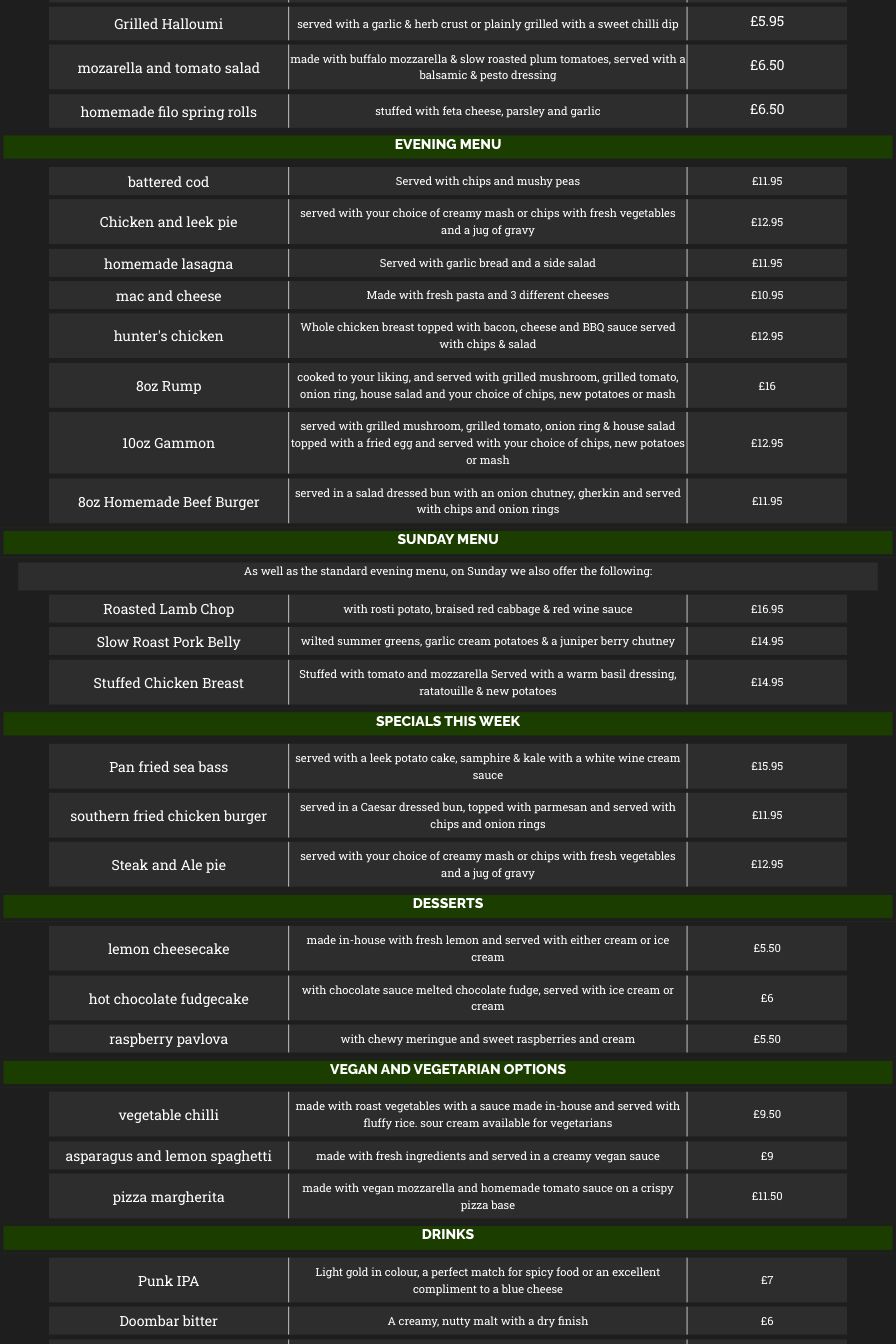
Repository: Code-Institute-Submissions/JamesLStudent-Milestone_One
Page: menu.html
The author's editor kept a record of every edit. The page is drawn from the files as they stood at one moment, then again after the next edit.
The browser window is 1280 px wide. The pictures show the part of the page from y = 732 to 2652 px (the page is 3289 px tall before and 3297 px after), at 70% of full size.

Above is the page before.
Console error: TypeError: Cannot read properties of undefined (reading 'fn')

### menu.html
<!DOCTYPE html>
<html lang="en">

<head>
    <meta charset="UTF-8">
    <meta name="viewport" content="width=device-width, initial-scale=1.0">
    <meta http-equiv="X-UA-Compatible" content="ie=edge">
    <title>Old Inn - Menu</title>
    <link href="Assets/main.css" rel="stylesheet" type="text/css" />
    <link rel="stylesheet" href="https://stackpath.bootstrapcdn.com/bootstrap/4.3.1/css/bootstrap.min.css" integrity="sha384-ggOyR0iXCbMQv3Xipma34MD+dH/1fQ784/j6cY/iJTQUOhcWr7x9JvoRxT2MZw1T" crossorigin="anonymous">
    <script src="https://stackpath.bootstrapcdn.com/bootstrap/4.3.1/js/bootstrap.min.js" integrity="sha384-JjSmVgyd0p3pXB1rRibZUAYoIIy6OrQ6VrjIEaFf/nJGzIxFDsf4x0xIM+B07jRM" crossorigin="anonymous"></script>
</head>

<body class="bg">
    <div class="menu-h1-background">
        <h1>Menu</h1>
    </div>

    <div class="dropdown-vis">
        <input id="check01" type="checkbox" name="menu" />
        <label class="black-text navigation-menu title-font" for="check01"><h5>MORE INFO:</h5></label>
        <ul class="submenu">
            <li>
                <a href="index.html">
                    <div class="col-6 col-md-12 col-lg-3 navigation-item black-text">
                        <h5>home</h5>
                    </div>
                </a>
                <a href="events.html">
                    <div class="col-6 col-md-12 col-lg-3 navigation-item black-text">
                        <h5>events</h5>
                    </div>
                </a>
                <a href="contacts.html">
                    <div class="col-12 col-md-12 col-lg-3 navigation-item black-text">
                        <h5>contact us</h5>
                    </div>
                </a>
                <a href="produce.html">
                    <div class="col-12 col-md-12 col-lg-3 navigation-item black-text">
                        <h5>our produce</h5>
                    </div>
                </a>
                <a href="history.html">
                    <div class="col-12 col-md-12 col-lg-3 navigation-item black-text">
                        <h5>our history</h5>
                    </div>
                </a>
            </li>
        </ul>
    </div>
    <div class="desktop-nav">
        <a href="index.html">
            <div class="col-6 col-md-12 col-lg-4 navigation-item black-text">
                <h5>home</h5>
            </div>
        </a>
        <a href="events.html">
            <div class="col-6 col-md-12 col-lg-4 navigation-item black-text">
                <h5>events</h5>
            </div>
        </a>
        <a href="contacts.html">
            <div class="col-12 col-md-12 col-lg-4 navigation-item black-text">
                <h5>contact us</h5>
            </div>
        </a>
        <a href="produce.html">
            <div class="col-12 col-md-12 col-lg-6 navigation-item black-text">
                <h5>our produce</h5>
            </div>
        </a>
        <a href="history.html">
            <div class="col-12 col-md-12 col-lg-6 navigation-item black-text">
                <h5>our history</h5>
            </div>
        </a>
    </div>
    <div class="centerer">
        <div class="subtitle">
            <h4>Find what you're looking for</h4>
        </div>
        <div class="spacer"></div>
        <div class="container">
            <div class="row">
                <a href="#drinks" class="small-link col-4">
                    <p class="vert-align">drinks</p>
                </a>
                <a href="#evening" class="small-link col-4">
                    <p class="vert-align">evening menu</p>
                </a>
                <a href="#starters" class="small-link col-4">
                    <p class="vert-align">starters</p>
                </a>
                <a href="#sunday" class="small-link col-4">
                    <p class="vert-align">sunday menu</p>
                </a>
                <a href="#specials" class="small-link col-4">
                    <p class="vert-align">specials</p>
                </a>
                <a href="#desserts" class="small-link col-4">
                    <p class="vert-align">desserts</p>
                </a>
                <a href="#vegan" class="small-link col-6">
                    <p class="vert-align">vegetarian/<br>vegan menu</p>
                </a>
                <a href="#gluten" class="small-link col-6">
                    <p class="vert-align">gluten and allergy info</p>
                </a>
            </div>
        </div>
        <div class="subtitle">
            <h4>Or browse the menu</h4>
        </div>
        <div class="spacer"></div>
        <div class="sub-box">
            <h5 id="starters">starters and light bites</h5>
        </div>
        <div class="alt-link container">
            <div class="row">
                <span class="food">
                    <h5 class="vert-align">
                        soup of the day
                    </h5>
                </span>
                <span class="food-desc ">
                    <p class="vert-align">
                        homemade and served with freshly baked, warm crusty bread
                    </p>
                </span>
                <span class="food-cost h5">
                    <p class="vert-align">
                        £5.50
                    </p>
                </span>
            </div>
        </div>
        <div class="alt-link container">
            <div class="row">
                <span class="food">
                    <h5 class="vert-align">
                        Southern fried pork bites
                    </h5>
                </span>
                <span class="food-desc">
                    <p class="vert-align">
                        served with a sweet chilli relish
                    </p>
                </span>
                <span class="food-cost h5">
                    <p class="vert-align">£6.50</p>
                </span>
            </div>
        </div>
        <div class="alt-link container">
            <div class="row">
                <span class="food">
                    <h5 class="vert-align">Prawn Cocktail</h5>
                </span>
                <span class="food-desc">
                    <p class="vert-align">Prawns in creamy Marie Rose sauce, served with brown bread</p>
                </span>
                <span class="food-cost h5">
                    <p class="vert-align">£6</p>
                </span>
            </div>
        </div>
        <div class="alt-link container">
            <div class="row">
                <span class="food">
                    <h5 class="vert-align">Grilled Halloumi</h5>
                </span>
                <span class="food-desc">
                    <p class="vert-align">served with a garlic & herb crust or plainly grilled with a sweet chilli dip</p>
                </span>
                <span class="food-cost h5">
                    <p class="vert-align">£5.95</p>
                </span>
            </div>
        </div>
        <div class="alt-link container">
            <div class="row">
                <span class="food">
                    <h5 class="vert-align">mozarella and tomato salad</h5>
                </span>
                <span class="food-desc">
                    <p class="vert-align">made with buffalo mozzarella & slow roasted plum tomatoes, served with a balsamic & pesto dressing</p>
                </span>
                <span class="food-cost h5">
                    <p class="vert-align">£6.50</p>
                </span>
            </div>
        </div>
        <div class="alt-link container">
            <div class="row">
                <span class="food">
                    <h5 class="vert-align">homemade filo spring rolls</h5>
                </span>
                <span class="food-desc">
                    <p class="vert-align">stuffed with feta cheese, parsley and garlic</p>
                </span>
                <span class="food-cost h5">
                    <p class="vert-align">£6.50</p>
                </span>
            </div>
        </div>
        <div class="sub-box">
            <h5 id="evening">evening menu</h5>
        </div>
        <div class="alt-link container">
            <div class="row">
                <span class="food">
                    <h5 class="vert-align">battered cod</h5>
                </span>
                <span class="food-desc">
                    <p class="vert-align">Served with chips and mushy peas</p>
                </span>
                <span class="food-cost">
                    <p class="vert-align">£11.95</p>
                </span>
            </div>
        </div>
        <div class="alt-link container">
            <div class="row">
                <span class="food">
                    <h5 class="vert-align">Chicken and leek pie</h5>
                </span>
                <span class="food-desc">
                    <p class="vert-align">served with your choice of creamy mash or chips with fresh vegetables and a jug of gravy</p>
                </span>
                <span class="food-cost">
                    <p class="vert-align">£12.95</p>
                </span>
            </div>
        </div>
        <div class="alt-link container">
            <div class="row">
                <span class="food">
                    <h5 class="vert-align">homemade lasagna</h5>
                </span>
                <span class="food-desc">
                    <p class="vert-align">Served with garlic bread and a side salad</p>
                </span>
                <span class="food-cost">
                    <p class="vert-align">£11.95</p>
                </span>
            </div>
        </div>
        <div class="alt-link container">
            <div class="row">
                <span class="food">
                    <h5 class="vert-align">mac and cheese</h5>
                </span>
                <span class="food-desc">
                    <p class="vert-align">Made with fresh pasta and 3 different cheeses</p>
                </span>
                <span class="food-cost">
                    <p class="vert-align">£10.95</p>
                </span>
            </div>
        </div>
        <div class="alt-link container">
            <div class="row">
                <span class="food">
                    <h5 class="vert-align">hunter's chicken</h5>
                </span>
                <span class="food-desc">
                    <p class="vert-align">Whole chicken breast topped with bacon, cheese and BBQ sauce served with chips & salad</p>
                </span>
                <span class="food-cost">
                    <p class="vert-align">£12.95</p>
                </span>
            </div>
        </div>
        <div class="alt-link container">
            <div class="row">
                <span class="food">
                    <h5 class="vert-align">8oz Rump</h5>
                </span>
                <span class="food-desc">
                    <p class="vert-align">cooked to your liking, and served with grilled mushroom, grilled tomato, onion ring, house salad and your choice of chips, new potatoes or mash</p>
                </span>
                <span class="food-cost">
                    <p class="vert-align">£16</p>
                </span>
            </div>
        </div>
        <div class="alt-link container">
            <div class="row">
                <span class="food">
                    <h5 class="vert-align">10oz Gammon</h5>
                </span>
                <span class="food-desc">
                    <p class="vert-align">served with grilled mushroom, grilled tomato, onion ring & house salad topped with a fried egg and served with your choice of chips, new potatoes or mash </p>
                </span>
                <span class="food-cost">
                    <p class="vert-align">£12.95</p>
                </span>
            </div>
        </div>
        <div class="alt-link container">
            <div class="row">
                <span class="food">
                    <h5 class="vert-align">8oz Homemade Beef Burger</h5>
                </span>
                <span class="food-desc">
                    <p class="vert-align">served in a salad dressed bun with an onion chutney, gherkin and served with chips and onion rings</p>
                </span>
                <span class="food-cost">
                    <p class="vert-align">£11.95</p>
                </span>
            </div>
        </div>
        <div class="sub-box">
            <h5 id="sunday">sunday menu</h5>
        </div>
        <div class="alt-link">
            <p>As well as the standard evening menu, on Sunday we also offer the following:</p>
        </div>
        <div class="alt-link container">
            <div class="row">
                <span class="food">
                    <h5 class="vert-align">Roasted Lamb Chop</h5>
                </span>
                <span class="food-desc">
                    <p class="vert-align">with rosti potato, braised red cabbage & red wine sauce</p>
                </span>
                <span class="food-cost">
                    <p class="vert-align">£16.95</p>
                </span>
            </div>
        </div>
        <div class="alt-link container">
            <div class="row">
                <span class="food">
                    <h5 class="vert-align">Slow Roast Pork Belly</h5>
                </span>
                <span class="food-desc">
                    <p class="vert-align">wilted summer greens, garlic cream potatoes & a juniper berry chutney</p>
                </span>
                <span class="food-cost">
                    <p class="vert-align">£14.95</p>
                </span>
            </div>
        </div>
        <div class="alt-link container">
            <div class="row">
                <span class="food">
                    <h5 class="vert-align">Stuffed Chicken Breast</h5>
                </span>
                <span class="food-desc">
                    <p class="vert-align">Stuffed with tomato and mozzarella Served with a warm basil dressing, ratatouille & new potatoes</p>
                </span>
                <span class="food-cost">
                    <p class="vert-align">£14.95</p>
                </span>
            </div>
        </div>
        <div class="sub-box">
            <h5 id="specials">specials this week</h5>
        </div>
        <div class="alt-link container">
            <div class="row">
                <span class="food">
                    <h5 class="vert-align">Pan fried sea bass</h5>
                </span>
                <span class="food-desc">
                    <p class="vert-align">served with a leek potato cake, samphire & kale with a white wine cream sauce</p>
                </span>
                <span class="food-cost">
                    <p class="vert-align">£15.95</p>
                </span>
            </div>
        </div>
        <div class="alt-link container">
            <div class="row">
                <span class="food">
                    <h5 class="vert-align">southern fried chicken burger</h5>
                </span>
                <span class="food-desc">
                    <p class="vert-align">served in a Caesar dressed bun, topped with parmesan and served with chips and onion rings</p>
                </span>
                <span class="food-cost">
                    <p class="vert-align">£11.95</p>
                </span>
            </div>
        </div>
        <div class="alt-link container">
            <div class="row">
                <span class="food">
                    <h5 class="vert-align">Steak and Ale pie</h5>
                </span>
                <span class="food-desc">
                    <p class="vert-align">served with your choice of creamy mash or chips with fresh vegetables and a jug of gravy</p>
                </span>
                <span class="food-cost">
                    <p class="vert-align">£12.95</p>
                </span>
            </div>
        </div>
        <div class="sub-box">
            <h5 id="desserts">desserts</h5>
        </div>
        <div class="alt-link container">
            <div class="row">
                <span class="food">
                    <h5 class="vert-align">lemon cheesecake</h5>
                </span>
                <span class="food-desc ">
                    <p class="vert-align">made in-house with fresh lemon and served with either cream or ice cream</p>
                </span>
                <span class="food-cost">
                    <p class="vert-align">£5.50</p>
                </span>
            </div>
        </div>
        <div class="alt-link container">
            <div class="row">
                <span class="food">
                    <h5 class="vert-align">hot chocolate fudgecake</h5>
                </span>
                <span class="food-desc">
                    <p class="vert-align">with chocolate sauce melted chocolate fudge, served with ice cream or cream</p>
                </span>
                <span class="food-cost">
                    <p class="vert-align">£6</p>
                </span>
            </div>
        </div>
        <div class="alt-link container">
            <div class="row">
                <span class="food">
                    <h5 class="vert-align">raspberry pavlova</h5>
                </span>
                <span class="food-desc">
                    <p class="vert-align">with chewy meringue and sweet raspberries and cream</p>
                </span>
                <span class="food-cost">
                    <p class="vert-align">£5.50</p>
                </span>
            </div>
        </div>
        <div class="sub-box">
            <h5 id="vegan">vegan and vegetarian options</h5>
        </div>
        <div class="alt-link container">
            <div class="row">
                <span class="food">
                    <h5 class="vert-align">vegetable chilli</h5>
                </span>
                <span class="food-desc ">
                    <p class="vert-align">made with roast vegetables with a sauce made in-house and served with fluffy rice. sour cream available for vegetarians</p>
                </span>
                <span class="food-cost">
                    <p class="vert-align">£9.50</p>
                </span>
            </div>
        </div>
        <div class="alt-link container">
            <div class="row">
                <span class="food">
                    <h5 class="vert-align">asparagus and lemon spaghetti</h5>
                </span>
                <span class="food-desc">
                    <p class="vert-align">made with fresh ingredients and served in a creamy vegan sauce</p>
                </span>
                <span class="food-cost">
                    <p class="vert-align">£9</p>
                </span>
            </div>
        </div>
        <div class="alt-link container">
            <div class="row">
                <span class="food">
                    <h5 class="vert-align">pizza margherita</h5>
                </span>
                <span class="food-desc">
                    <p class="vert-align">made with vegan mozzarella and homemade tomato sauce on a crispy pizza base</p>
                </span>
                <span class="food-cost">
                    <p class="vert-align">£11.50</p>
                </span>
            </div>
        </div>
        <div class="sub-box">
            <h5 id="drinks">drinks</h5>
        </div>
        <div class="alt-link container">
            <div class="row">
                <span class="food">
                    <h5 class="vert-align">Punk IPA</h5>
                </span>
                <span class="food-desc">
                    <p class="vert-align">Light gold in colour, a perfect match for spicy food or an excellent compliment to a blue cheese</p>
                </span>
                <span class="food-cost">
                    <p class="vert-align">£7</p>
                </span>
            </div>
        </div>
        <div class="alt-link container">
            <div class="row">
                <span class="food">
                    <h5 class="vert-align">Doombar bitter</h5>
                </span>
                <span class="food-desc">
                    <p class="vert-align">A creamy, nutty malt with a dry finish</p>
                </span>
                <span class="food-cost">
                    <p class="vert-align">£6</p>
                </span>
            </div>
        </div>
        <div class="alt-link container">
            <div class="row">
                <span class="food">
                    <h5 class="vert-align">Gem amber ale</h5>
                </span>
                <span class="food-desc">
                    <p class="vert-align">A creamy, nutty malt with a dry finish</p>
                </span>
                <span class="food-cost">
                    <p class="vert-align">£6.50</p>
                </span>
            </div>
        </div>
        <div class="sub-box">
            <h5 id="gluten">gluten and allergy information</h5>
        </div>
        <div class="alt-link">
            <p>our recipes are subject to regular change because we constantly strive to improve. unfortunately, this means we can't always be certain about which foods have gluten or allergens - if you're unsure, ask us in-house, and we'll do our best to
                help you out.</p>
        </div>
        <div class="spacer"></div>
        <footer>
            <div class="footer">
                <div class="col-12 footer-div text-muted">
                    <h5>contact</h5>
                </div>
                <div class="col-12 col-md-6 col-lg-8 left footer-div text-muted left-align">
                    <h5>opening times</h5>
                    <p class="left-align">
                        </br>
                        Mon - Thu: 11:00 - 23:00</br>
                        Fri - Sat: 11:00 - 00:00</br>
                        Sun: 12:00 - 22:30</br>
                        </br>
                    </p>
                    <h5>food served</h5>
                    <p class="left-align">
                        </br>
                        Mon - Fri: 12:00 - 14:30, 17:00 - 21:00</br>
                        Sat: 12:00 - 21:00</br>
                        Sun: 12:00 - 15:00, 17:30 - 20:00</p>
                </div>
                <div class="col-12 col-md-6 col-lg-4 left footer-div text-muted left-align">
                    <h5>contact details</h5>
                    <p class="left-align">
                        </br>Fake Street, Coalpit Heath, Bristol, FA73 0NE</br>01454 123456</br>
                        info@oldinncoalpitheath.co.uk</p>
                    <h5>
                        </br>follow us</h5>
                    <p>
                        </br>facebook link</p>
                </div>
            </div>
        </footer>
    </div>
</body>

</html>

Loaded but not shown: Assets/main.css (515 lines, source omitted)

After the next edit:
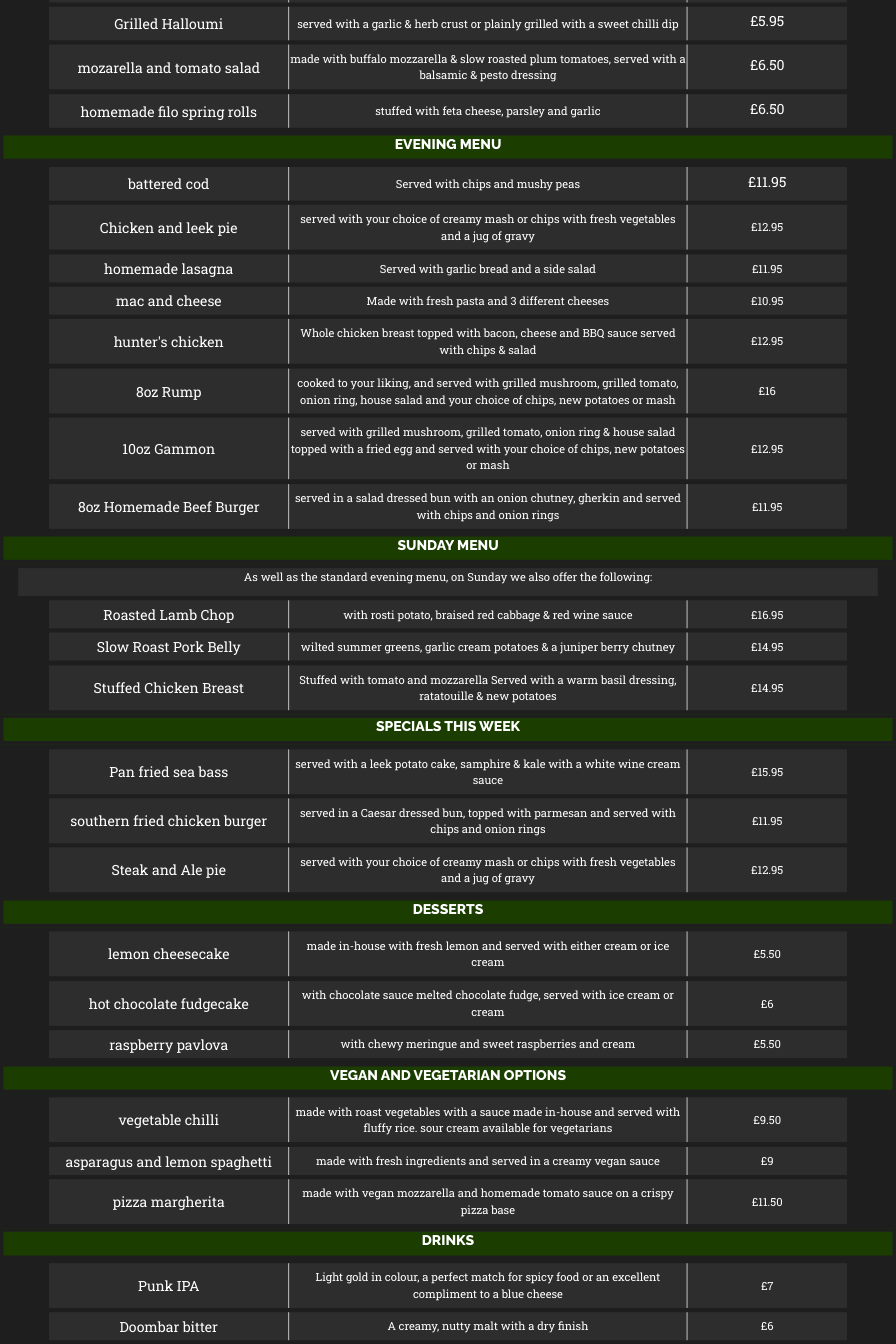
The edit:
--- a/menu.html
+++ b/menu.html
@@ -215,7 +215,7 @@
                 <span class="food-desc">
                     <p class="vert-align">Served with chips and mushy peas</p>
                 </span>
-                <span class="food-cost">
+                <span class="food-cost h5">
                     <p class="vert-align">£11.95</p>
                 </span>
             </div>
